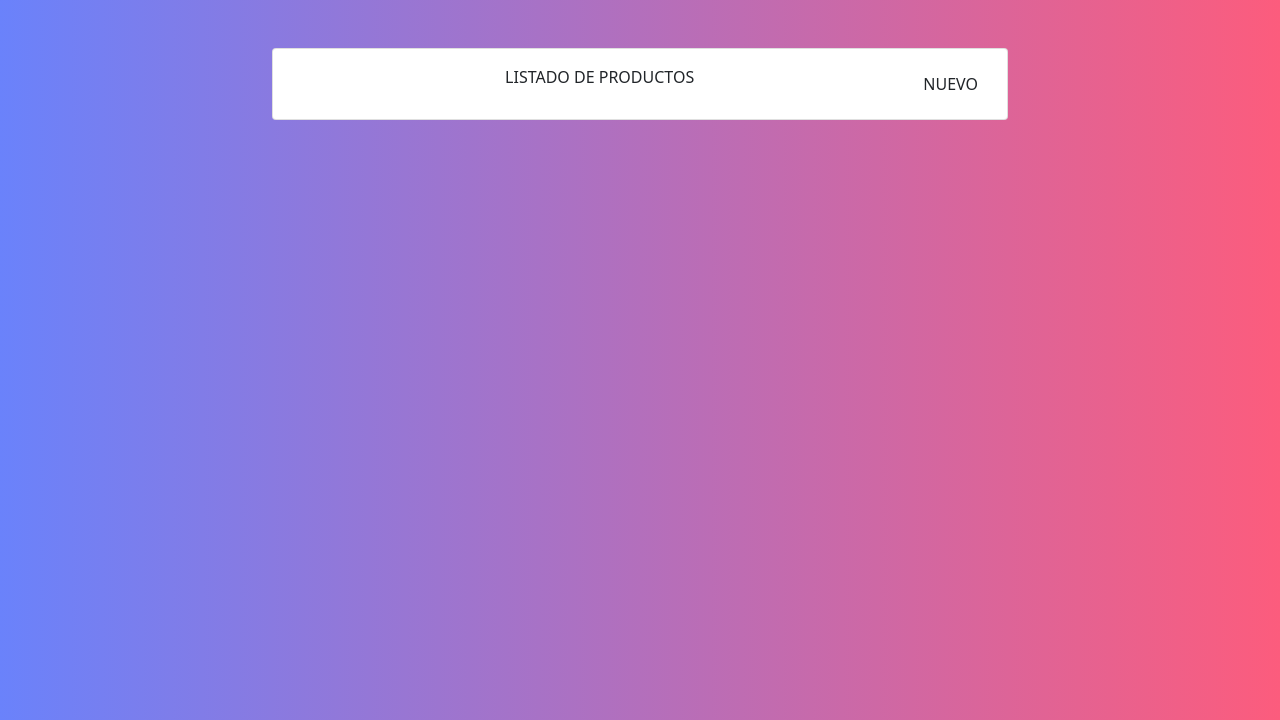
Repository: vivianaleivagalvez/crud_angular
Page: /
An editor plug-in stored every save of this project. The page is shown before and after the next save, followed by the edit.
The browser window is 1280 px wide. The pictures show the whole page.
The project was rebuilt for these pictures with package versions that can differ from the ones it lists, and the page was loaded fresh each time. Also part of the build but not shown: angular.json, src/app/components/crear-producto/crear-producto.component.ts.

Above is the page before, as saved 2022-01-26 23:53:56.

### src/index.html
<!doctype html>
<html lang="en">
<head>
  <meta charset="utf-8">
  <title>Cliente</title>
  <base href="/">

  <meta name="viewport" content="width=device-width, initial-scale=1">
  <link rel="icon" type="image/x-icon" href="favicon.ico">
</head>
<body>
  <app-root></app-root>
</body>
</html>

### src/styles.css
/* You can add global styles to this file, and also import other style files */
body{
  background: #FC5C7D;  /* fallback for old browsers */
  background: -webkit-linear-gradient(to right, #6A82FB, #FC5C7D);  /* Chrome 10-25, Safari 5.1-6 */
  background: linear-gradient(to right, #6A82FB, #FC5C7D); /* W3C, IE 10+/ Edge, Firefox 16+, Chrome 26+, Opera 12+, Safari 7+ */
}

### src/app/app.module.ts
import { BrowserModule } from '@angular/platform-browser';
import { NgModule } from '@angular/core';

import { AppComponent } from './app.component';
import { CrearProductoComponent } from './components/crear-producto/crear-producto.component';
import { ListarProductosComponent } from './components/listar-productos/listar-productos.component';
import { AppRoutingModule } from './app-routing.module';

@NgModule({
  declarations: [
    AppComponent,
    CrearProductoComponent,
    ListarProductosComponent
  ],
  imports: [
    BrowserModule,
    AppRoutingModule
  ],
  providers: [],
  bootstrap: [AppComponent]
})
export class AppModule { }

### src/app/components/listar-productos/listar-productos.component.ts
import { Component, OnInit } from '@angular/core';

@Component({
  selector: 'app-listar-productos',
  templateUrl: './listar-productos.component.html',
  styleUrls: ['./listar-productos.component.css']
})
export class ListarProductosComponent implements OnInit {

  constructor() { }

  ngOnInit() {
  }

}

### src/app/app-routing.module.ts
import { ListarProductosComponent } from './components/listar-productos/listar-productos.component';
import { CrearProductoComponent } from './components/crear-producto/crear-producto.component';
import { NgModule } from '@angular/core';
import { RouterModule, Routes } from '@angular/router';

const routes: Routes = [
  { path: '', component: ListarProductosComponent },
  { path: 'crear-producto', component: CrearProductoComponent },
  { path: 'editar-producto/:id', component: CrearProductoComponent },
  { path: '**', redirectTo: '', pathMatch: 'full' }
];

@NgModule({
  imports: [RouterModule.forRoot(routes)],
  exports: [RouterModule]
})
export class AppRoutingModule { }

### src/app/components/listar-productos/listar-productos.component.html
<div class="container mt-5">
  <div class="row">
    <div class="col-lg-8 offset-lg-2">
      <div class="card">
        <div class="card-body text-center">
          <span>LISTADO DE PRODUCTOS</span>
          <button class="btn btn-succes float-end">NUEVO</button>
        </div>
      </div>
    </div>
  </div>
</div>

Loaded but not shown: src/main.ts (common file); src/environments/environment.ts (common file); src/app/app.component.ts (common file); src/app/app.component.html (common file); src/app/app.component.css (no stored copy; drawn as an empty file); src/app/components/listar-productos/listar-productos.component.css (no stored copy; drawn as an empty file)

After the next save:
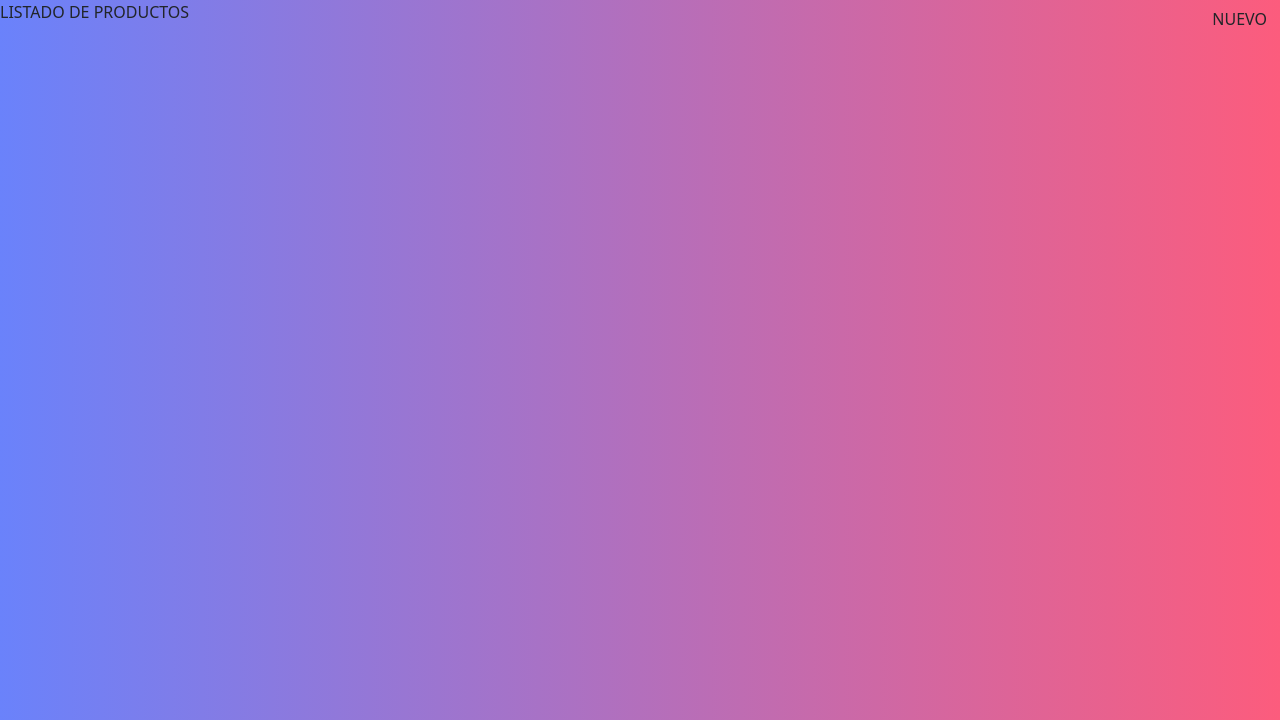
Saved 3 min 52 s later.
--- a/src/app/components/listar-productos/listar-productos.component.html
+++ b/src/app/components/listar-productos/listar-productos.component.html
@@ -1,12 +1,3 @@
-<div class="container mt-5">
-  <div class="row">
-    <div class="col-lg-8 offset-lg-2">
-      <div class="card">
-        <div class="card-body text-center">
+
           <span>LISTADO DE PRODUCTOS</span>
           <button class="btn btn-succes float-end">NUEVO</button>
-        </div>
-      </div>
-    </div>
-  </div>
-</div>
